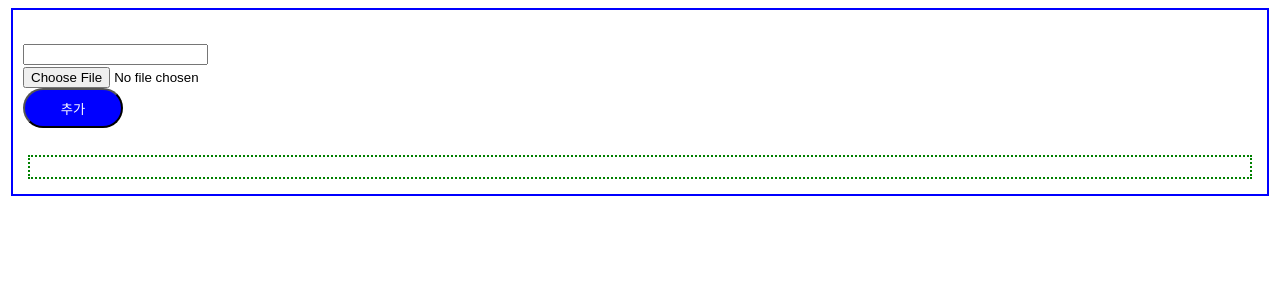
Repository: patternlobe-stack/MY_repository
Page: webpro/src/main/webapp/0617/파일추가.html
These files come from the project's save history. The page is drawn as it stood at one moment and after the next save; the edit follows.
The browser window is 1280 px wide. The pictures show the whole page.

Above is the page before, as saved 2025-09-17 05:34:07.

### webpro/src/main/webapp/0617/파일추가.html
<!DOCTYPE html>
<html>
<head>
<meta charset="UTF-8">
<title>Insert title here</title>
<link rel="stylesheet"  href="../css/public.css">

<script>
</script>

</head>
<body>


<div class="box">
      <h3>
      </h3>
      <input type="text" id="name"><br>
      <input type="file" id="file"><br>

      <input type="button" value="추가" id="add" />
      <br /><br />

      <div id="result1"></div>
</div>
</body>
</html>

### webpro/src/main/webapp/css/public.css
@charset "UTF-8";

pre {
  border: 5px inset red;
  margin: 20px;
  padding: 10px;
  font-size: 1.3rem;
}
div {
  border: 2px dotted green;
  padding: 10px;
  margin: 5px;
  font-size: 1.2rem;
}

.box {
  border: 2px solid blue;
  margin: 3px;
  padding: 10px;
}
.box input[type="button"],
.box input[type="submit"] {
  background: blue;
  color: white;
  width: 100px;
  height: 40px;
  border-radius: 50px;
}

After the next save:
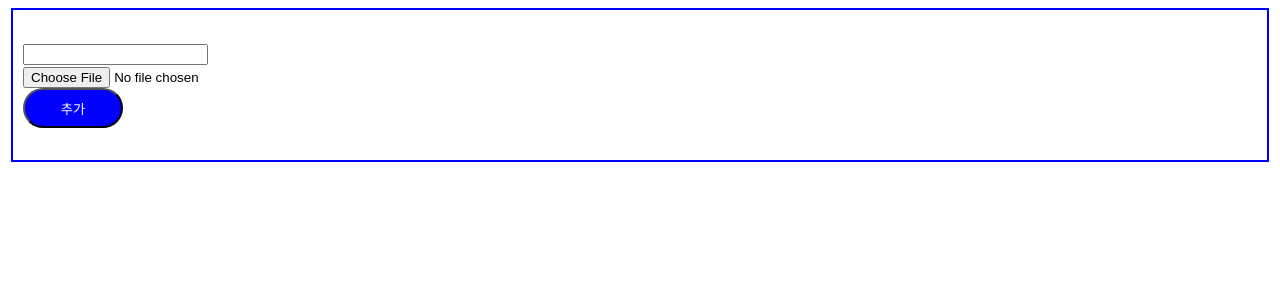
Saved 9 s later.
--- a/webpro/src/main/webapp/0617/파일추가.html
+++ b/webpro/src/main/webapp/0617/파일추가.html
@@ -21,7 +21,7 @@
       <input type="button" value="추가" id="add" />
       <br /><br />
 
-      <div id="result1"></div>
+
 </div>
 </body>
 </html>
